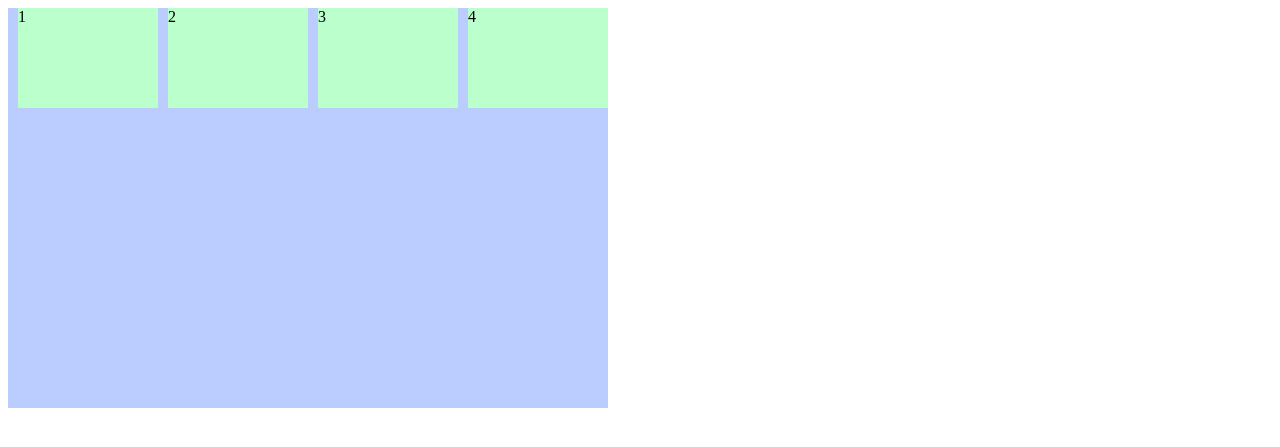
Repository: liutian97/learn1
Page: 移动端web开发/代码/2. Flex 伸缩布局/05-flex-wrap子元素是否换行.html
The author's editor kept a copy of each file at every save. The page is drawn from the files as they stood at one save, then again after a run of saves.
The browser window is 1280 px wide. The pictures show the whole page.

Above is the page before, as saved 2022-07-02 16:51:54.

After the next 2 saves:
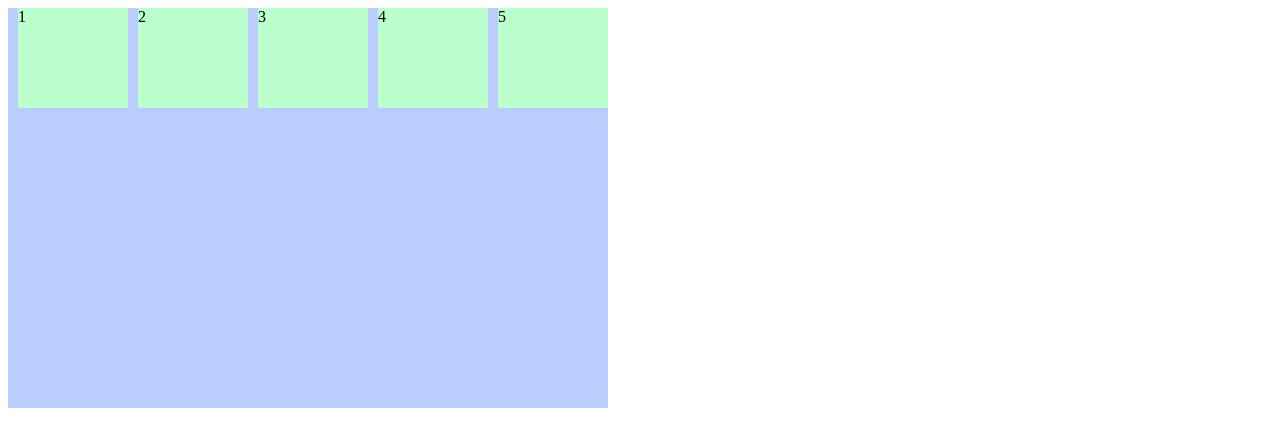
The 2 saves are shown as one change because they came seconds apart.
The last was saved 16 s later.
--- a/移动端web开发/代码/2. Flex 伸缩布局/05-flex-wrap子元素是否换行.html
+++ b/移动端web开发/代码/2. Flex 伸缩布局/05-flex-wrap子元素是否换行.html
@@ -26,6 +26,8 @@
     <span>2</span>
     <span>3</span>
     <span>4</span>
+    <span>5</span>
+
   </div>
 </body>
 </html>
